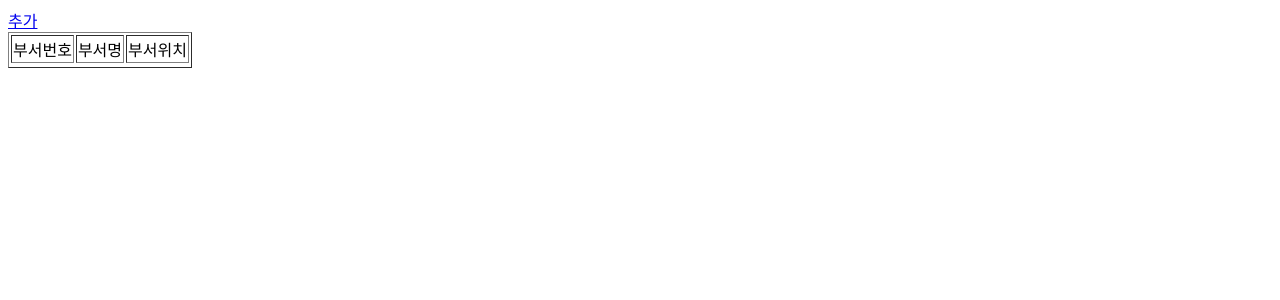
Repository: wo2jin/Sever
Page: http://localhost/TestWeb13/list.jsp
The author's editor kept a copy of each file at every save. The page is drawn from the files as they stood at one save, then again after the next save.
The browser window is 1280 px wide. The pictures show the whole page.
The page is served by Tomcat 9. Queries for data that is not in the repository find no rows.

Above is the page before, as saved 2020-05-19 07:51:07.

After the next save:
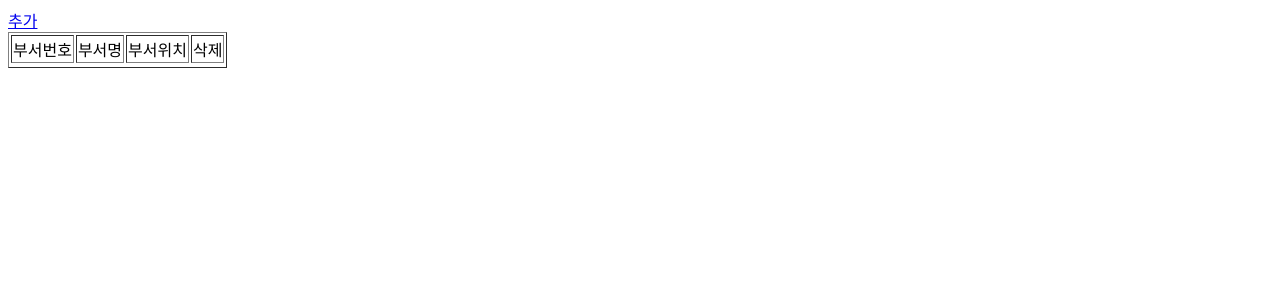
Saved 8 min 42 s later.
--- a/Sever/TestWeb13/WebContent/list.jsp
+++ b/Sever/TestWeb13/WebContent/list.jsp
@@ -22,6 +22,7 @@
 			<td>부서번호</td>
 			<td>부서명</td>
 			<td>부서위치</td>
+			<td>삭제</td>
 		<tr>
 	<%
 		while(rs.next()){
